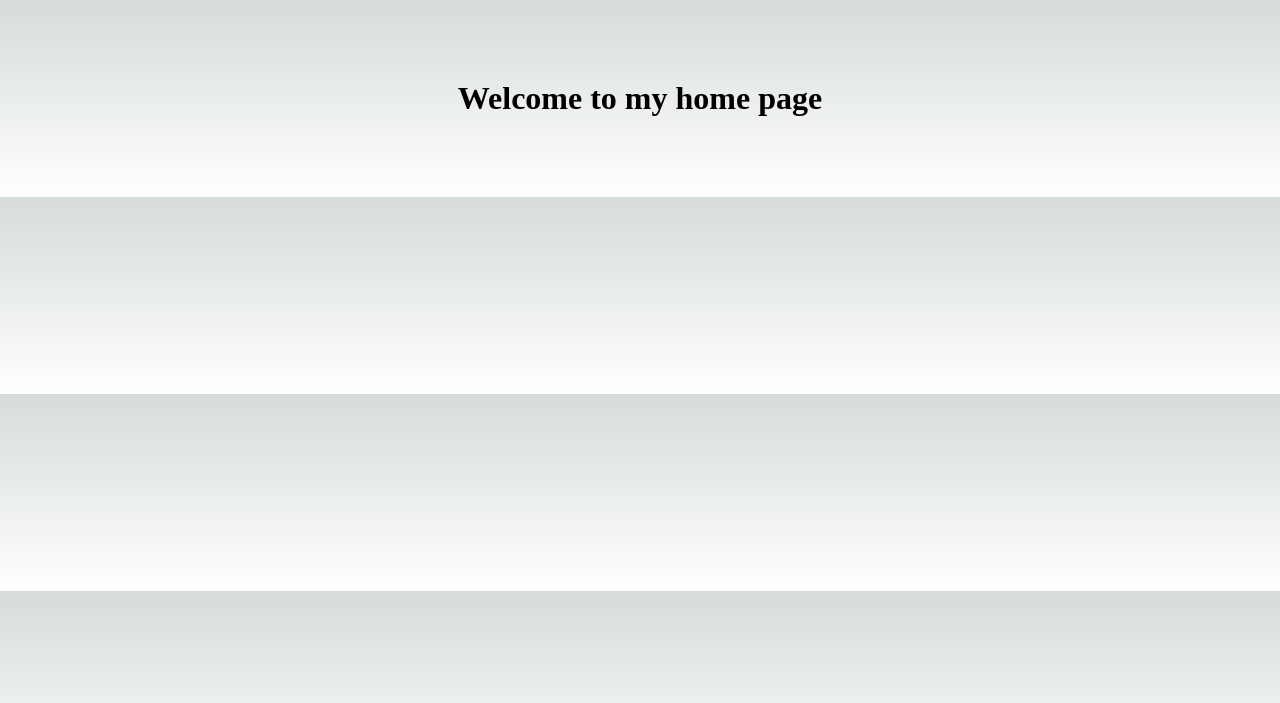
Repository: Aaron-Trippy/class-4-tests
Page: /
An editor plug-in stored every save of this project. The page is shown before and after the next save, followed by the edit.
The browser window is 1280 px wide. The pictures show the whole page.
The project was rebuilt for these pictures with package versions that can differ from the ones it lists, and the page was loaded fresh each time. The framework's server and built-in components were replaced by stand-ins that run in the browser. Also part of the build but not shown: next.config.js.

Above is the page before, as saved 2023-01-26 14:44:24.

After the next save:
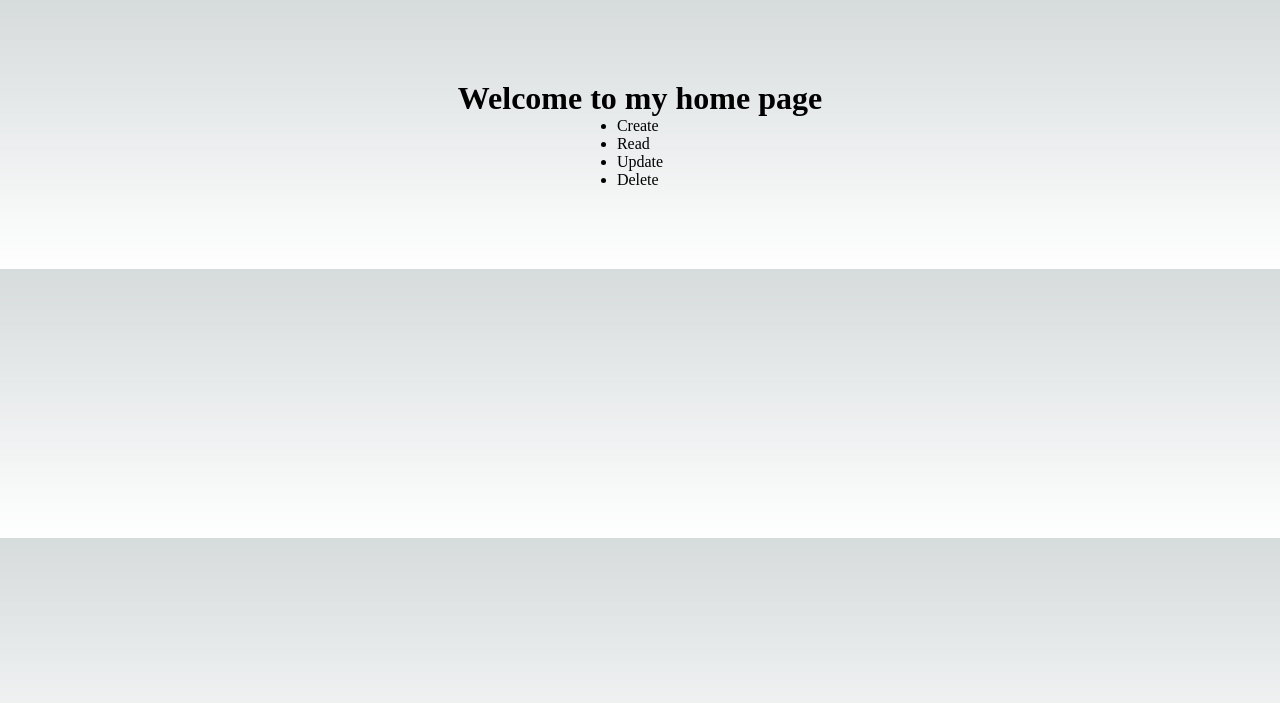
Saved 2 min 27 s later.
--- a/pages/index.js
+++ b/pages/index.js
@@ -16,6 +16,12 @@ export default function Home() {
       </Head>
       <main className={styles.main}>
         <h1>Welcome to my home page</h1>
+        <ul>
+          <li>Create</li>
+          <li>Read</li>
+          <li>Update</li>
+          <li>Delete</li>
+        </ul>
       </main>
     </>
   )
